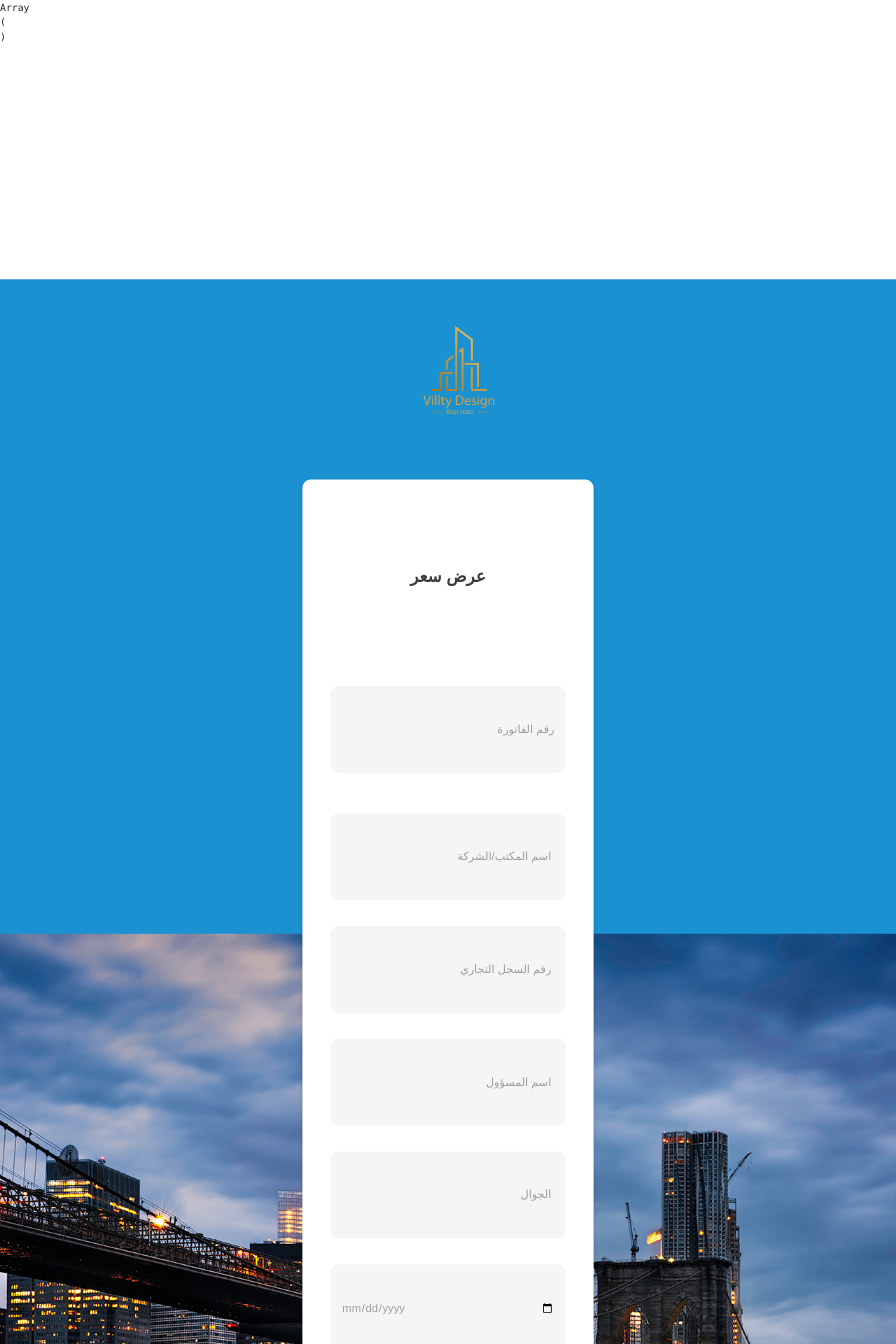
Repository: freejob985/shohragroup_form
Page: http://localhost/
These files come from the project's save history. The page is drawn as it stood at one moment and after the next save; the edit follows.
The browser window is 1280 px wide. The pictures show the part of the page from y = 0 to 1920 px (the page is 3588 px tall before and 3525 px after), at 70% of full size.
Some web fonts or font styles are not loaded; a fallback is used. The page is run by PHP 8.4 with error messages shown; the project is at /var/www/html/.

Above is the page before, as saved 2020-11-21 13:11:16.

After the next save:
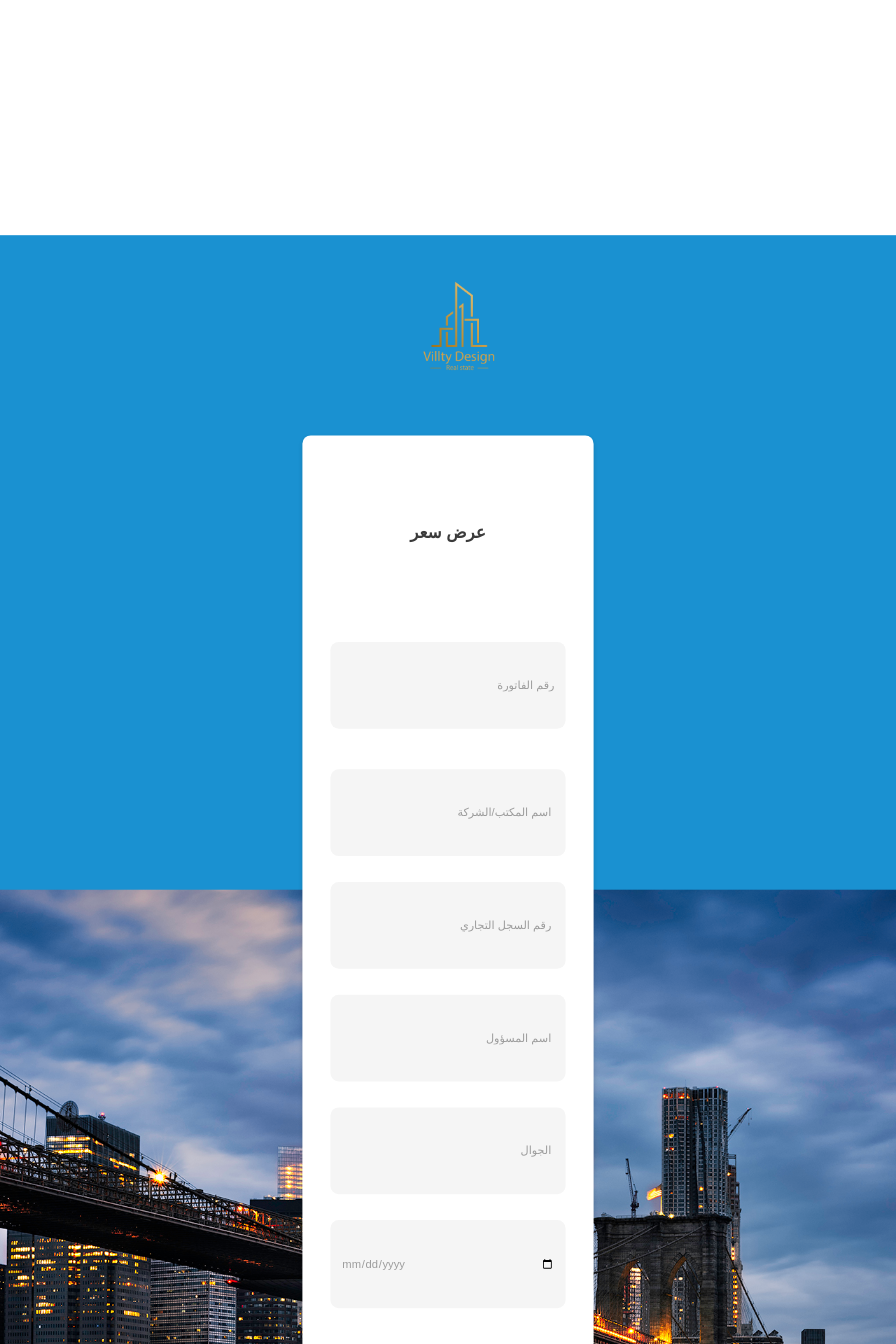
Saved 20 min 37 s later.
--- a/index.php
+++ b/index.php
@@ -1,7 +1,7 @@
 
 <?php
 echo"<pre>";
-print_r($_POST);
+//print_r($_POST);
 if (isset($_POST['sub'])):
 if ($_POST['sub']):
     $Bill = filter_var($_POST['Bill'], FILTER_SANITIZE_STRING);
